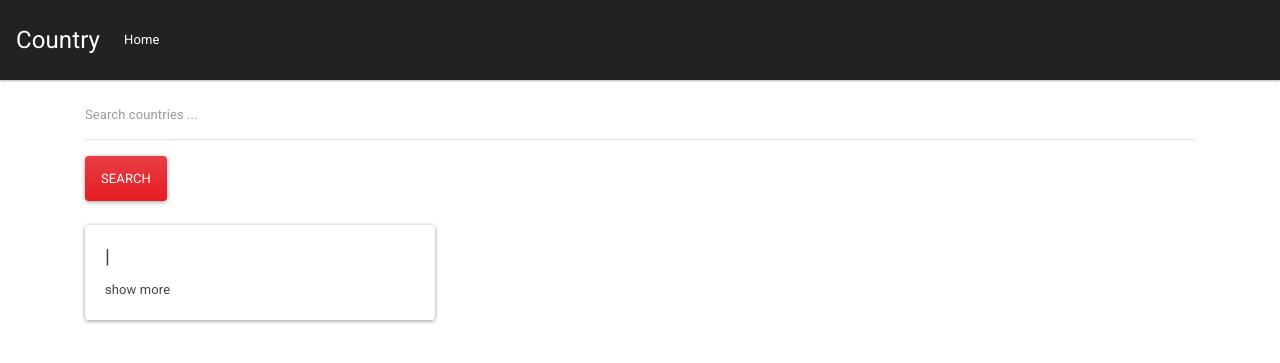
Repository: abdelhak-f/Countries_React
Page: / (app in client/)
An editor plug-in stored every save of this project. The page is shown before and after the next save, followed by the edit.
The browser window is 1280 px wide. The pictures show the whole page.
The page's requests for data from a server got no answer. The project was rebuilt for these pictures with package versions that can differ from the ones it lists, and the page was loaded fresh each time. No one was signed in, and anything a server would have sent is missing. Also part of the build but not shown: client/src/components/countrys/ProfilCountry.jsx.

Above is the page before, as saved 2021-05-07 12:09:19.

After the next save:
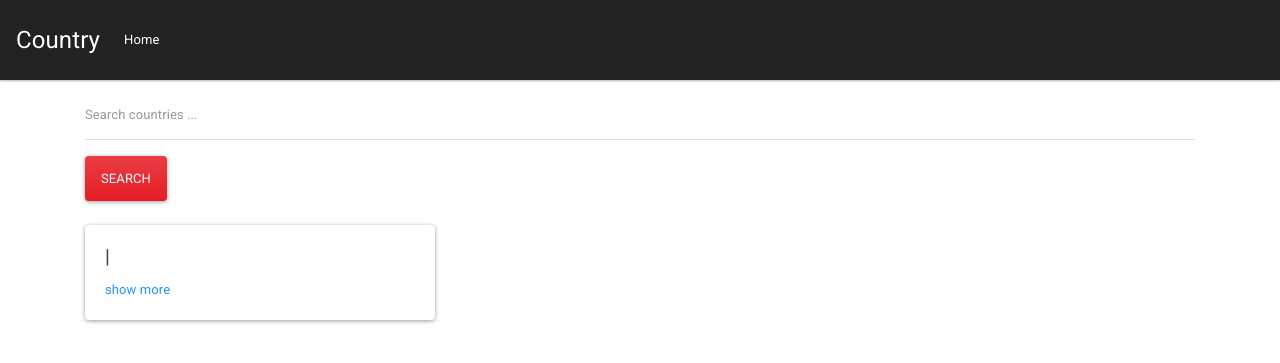
Saved 71 s later.
--- a/client/src/components/countrys/Country.jsx
+++ b/client/src/components/countrys/Country.jsx
@@ -12,10 +12,10 @@ class Country extends Component {
                    <img className="card-img-top" src= {this.props.country.flag}  alt="" />
                    <div className="card-body">
                    <h4 className="card-title">{this.props.country.alpha2Code} | {this.props.country.alpha3Code}</h4>
-                       <p className="card-text">
+                       <a className="card-text">
                            <Link href= "/ProfilCountry.jsx" className="btn btn-success ">show more</Link>
                            {/* <a href={this.props.country.regionalBlocs} className="btn btn-success ">profile</a> */}
-                       </p>
+                       </a>
                    </div>
                    </div>
       </>
